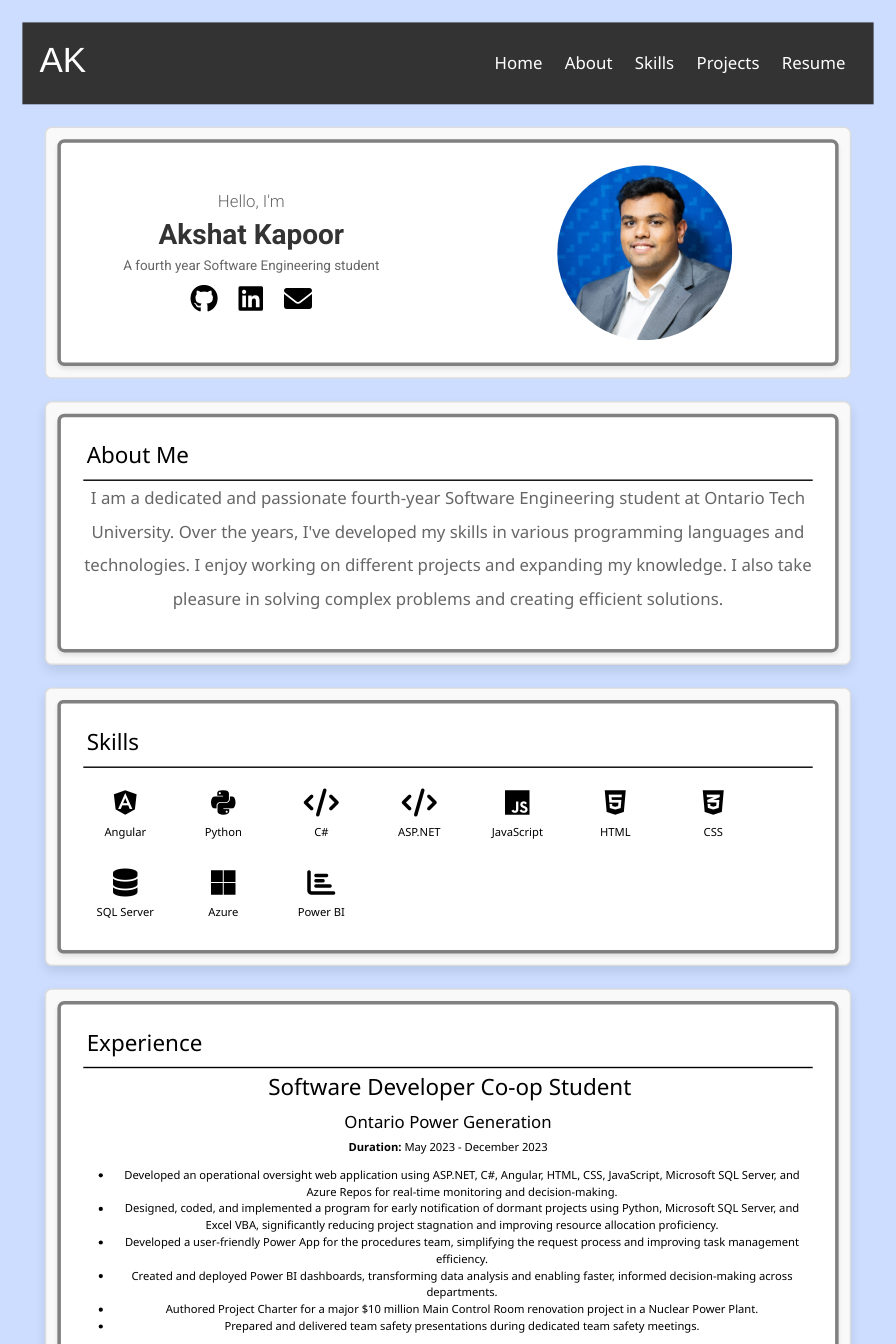
Repository: AkshatKapo/My-Portfolio
Page: /
An editor plug-in stored every save of this project. The page is shown before and after the next save, followed by the edit.
The browser window is 1280 px wide. The pictures show the part of the page from y = 0 to 1920 px (the page is 3289 px tall), at 70% of full size.
The project was rebuilt for these pictures with package versions that can differ from the ones it lists, and the page was loaded fresh each time. Also part of the build but not shown: vite.config.js.

Above is the page before, as saved 2024-06-19 09:11:37.

### index.html
<!DOCTYPE html>
<html lang="en">
  <head>
    <meta charset="UTF-8" />
    <link rel="stylesheet" href="https://cdnjs.cloudflare.com/ajax/libs/font-awesome/6.0.0-beta3/css/all.min.css">
    <link rel="stylesheet" href="https://maxcdn.bootstrapcdn.com/bootstrap/4.5.2/css/bootstrap.min.css">
    <link rel="stylesheet" href="/src/index.css">

    <meta name="viewport" content="width=device-width, initial-scale=1.0" />
    <title>Vite + React</title>
  </head>
  <body>
    <div id="root"></div>
    <script type="module" src="/src/main.jsx"></script>
  </body>
</html>

### src/index.css
body {
  font-family: 'Segoe UI', Tahoma, Geneva, Verdana, sans-serif;
  background-color:#ccddff;
  color:black;
  margin: 0;
  padding: 0;
}


#root {
  display: flex;
  flex-direction: column;
  min-height: 100vh;
}

### src/main.jsx
import React from 'react'
import ReactDOM from 'react-dom/client'
import App from './App'
import './index.css'



ReactDOM.createRoot(document.getElementById('root')).render(
  <React.StrictMode>
    <App />
  </React.StrictMode>,
)

### src/App.jsx
import { useEffect } from 'react';
import './App.css';
import Header from './components/Header';
import Home from './components/Home';
import About from './components/About';
import Experience from './components/Experience'; // Corrected import path
import Projects from './components/projects';
import Contact from './components/Contact';
import Skill from './components/skill'
function App() {
  useEffect(() => {
    function reveal() {
      let reveals = document.querySelectorAll(".reveal");// stores all the elements with class reveal into an array

      for (var i = 0; i < reveals.length; i++) { // iterates through reveals array, takes the each element with class reveals
        let windowHeight = window.innerHeight; // gets the height of the view port
        let elementTop = reveals[i].getBoundingClientRect().top;// gets the postion of the element relative to the view port
        let sectionHeight = reveals[i].offsetHeight;// calculates the hieght of the element
        let elementVisible = windowHeight - elementTop > 0 ? windowHeight - elementTop : 0;// calculates the porton  of the element visible(Dstance between the top of the view port  and bottom of visible part of  the element)
        let visibilityRatio = elementVisible / sectionHeight; // Fraction of the element visible

        if (visibilityRatio > 0.5) {  // if the visibility ratio is greater than half then it will make it visible
          reveals[i].classList.add("active");// add class actve to the element to make it visible
        } else { // if its less than 0.5 than it wll not display it or remove the class
          reveals[i].classList.remove("active");
        }
      }
    }

    window.addEventListener("scroll", reveal);// Add scroll as event listenere because wewe want to dsplay elements as user scrolls down

    // Call reveal initially to check the visibility of elements when the component mounts
    reveal();

    // Cleanup function to remove event listener when component unmounts
    return () => {
      window.removeEventListener("scroll", reveal);
    };
  }, []);


  return (
    <div>
      <Header />
      <Home />
      <About />
      <Skill />
      <Experience />
      <Projects />
      <Contact />

    </div>
  );
}

export default App;

/*
Mount: useEffect runs, reveal function defined and called, scroll event listener added.
Scroll: Each scroll triggers the reveal function to recalculate and update element visibility.
Unmount: Cleanup function removes the scroll event listener.
*/

### src/App.css
#root {
  max-width: 1280px;
  margin: 0 auto;
  padding: 2rem;
  text-align: center;

}
.reveal {
  opacity: 0;
  transform: translateY(100px);
  transition: opacity 0.6s ease-out, transform 0.6s ease-out;
}

.reveal.active {
  opacity: 1;
  transform: translateY(0);
}

### src/components/Header.jsx
import React from 'react'
import './Header.css'

const Header = () => {
  return (
    <header>
      <h1 className='title'>AK</h1>
      <nav>
        <ul>
          <li><a href="#home">Home</a></li>
          <li><a href="#about">About</a></li>
          <li><a href="#skills">Skills</a></li>
          <li><a href="#projects">Projects</a></li>
          <li><a href="/Akshat_Kapoor_Resume.pdf">Resume</a></li>
        </ul>
      </nav>
    </header>
  )
}

export default Header

### src/components/Home.jsx
import React from "react";
import "./Home.css";

const Home = () => {
  return (
    <div className="reveal">
      <section id="home">
        <div className="home-content">
          <div className="text-content">
            <h3>Hello, I'm</h3>
            <h1>Akshat Kapoor</h1>
            <h4>A fourth year Software Engineering student</h4>
            <div className="social-icons">
              <a href="https://github.com/yourusername" target="_blank" rel="noopener noreferrer">
                <i className="fab fa-github"></i>
              </a>
              <a href="https://www.linkedin.com/in/yourusername" target="_blank" rel="noopener noreferrer">
                <i className="fab fa-linkedin"></i>
              </a>
              <a href="mailto:youremail@gmail.com" target="_blank" rel="noopener noreferrer">
                <i className="fas fa-envelope"></i>
              </a>
            </div>
          </div>
          <div id="line1"></div>
          <div className="image-content">
            <img
              src="/assets/images/1666144074188.jpeg"
              alt="Akshat Kapoor"
              className="profile-image"
            />
          </div>
        </div>
      </section>
    </div>
  );
};

export default Home;

### src/components/About.jsx
import React from 'react';
import './About.css';

function About() {
  return (
    <div className='reveal'>
      <section id="about">
        <div id='about-content'>
         <h2>About Me</h2>
         <div className='seperator'>


         </div>
         <p>I am a dedicated and passionate fourth-year Software Engineering student at Ontario Tech University. Over the years, I've developed my skills in various programming languages and technologies. I enjoy working on different projects and expanding my knowledge. I also take pleasure in solving complex problems and creating efficient solutions. </p>
        </div>
      </section>
    </div>
  );
}

export default About;

### src/components/Experience.jsx
import React from 'react'
import './Experience.css'

const Experience = () => {
  return (
    <div className="reveal">
      <section id="experience">
        <div id="experience-content">
          <h2>Experience</h2>
          <div className="divider1"></div>
          <div>
            <h3>Software Developer Co-op Student</h3>
            <h4>Ontario Power Generation</h4>
            <p>
              <strong>Duration:</strong> May 2023 - December 2023
            </p>
            <ul>
              <li>Developed an operational oversight web application using ASP.NET, C#, Angular, HTML, CSS, JavaScript, Microsoft SQL Server, and Azure Repos for real-time monitoring and decision-making.</li>
              <li>Designed, coded, and implemented a program for early notification of dormant projects using Python, Microsoft SQL Server, and Excel VBA, significantly reducing project stagnation and improving resource allocation proficiency.</li>
              <li>Developed a user-friendly Power App for the procedures team, simplifying the request process and improving task management efficiency.</li>
              <li>Created and deployed Power BI dashboards, transforming data analysis and enabling faster, informed decision-making across departments.</li>
              <li>Authored Project Charter for a major $10 million Main Control Room renovation project in a Nuclear Power Plant.</li>
              <li>Prepared and delivered team safety presentations during dedicated team safety meetings.</li>
            </ul>
          </div>
        </div>
      </section>
    </div>
  )
}

export default Experience

### src/components/Contact.jsx
import React from "react";
import "./Contact.css";

const Contact = () => {
  return (
    <div className="reveal">
      <footer id="footer">
        <div className="footer-content">
          <ul className="footer-icons">
            <li>
              <a
                href="https://github.com/yourusername"
                target="_blank"
                rel="noopener noreferrer"
              >
                <i className="fab fa-github"></i>
              </a>
            </li>
            <li>
              <a
                href="https://www.linkedin.com/in/yourusername"
                target="_blank"
                rel="noopener noreferrer"
              >
                <i className="fab fa-linkedin"></i>
              </a>
            </li>
            <li>
              <a
                href="mailto:youremail@gmail.com"
                target="_blank"
                rel="noopener noreferrer"
              >
                <i className="fas fa-envelope"></i>
              </a>
            </li>
          </ul>

        </div>
        <p className="footer-copy">© 2024 Akshat Kapoor</p>
      </footer>
    </div>
  );
};

export default Contact;

### src/components/skill.jsx
import React from 'react'
import './skill.css'

const skills = [
    { name: "Angular", icon: "fab fa-angular" },
    { name: "Python", icon: "fab fa-python" },
    { name: "C#", icon: "fas fa-code" },
    { name: "ASP.NET", icon: "fas fa-code" },
    { name: "JavaScript", icon: "fab fa-js" },
    { name: "HTML", icon: "fab fa-html5" },
    { name: "CSS", icon: "fab fa-css3-alt" },
    { name: "SQL Server", icon: "fas fa-database" },
    { name: "Azure", icon: "fab fa-microsoft" },
    { name: "Power BI", icon: "fas fa-chart-bar" },
  ];

function skill() {
  return (
    <div className="reveal">
      <section id="skills">
        <div className="skills-content">
          <h2>Skills</h2>
          <div className="separator"></div>
          <div className="skills-list">
            {skills.map((skill) => (
              <div className="skill" key={skill.name}>
                <i className={skill.icon}></i>
                <p>{skill.name}</p>
              </div>
            ))}
          </div>
        </div>
      </section>
    </div>
  )
}

export default skill

### src/components/Header.css
header {
  background-color: #333;
  color: white;
  padding: 2%;
  display: flex;
  justify-content: space-between;
  align-items: center;

    /* text-align: center; */
  }
  .title {
    font-family: 'Helvetica', sans-serif;
    font-size: 50px;
    background:white;
    -webkit-background-clip: text;
    color: transparent;
  }


  nav ul {
    list-style-type: none;
    padding: 0;
    margin: 0;
    display: flex;
  }

  nav ul li {
    margin: 0 1rem;
  }

  nav ul li a {
    color: white;
    text-decoration: none;
    font-size: 150%;
  }

### src/components/Home.css
 @import url('https://fonts.googleapis.com/css2?family=Roboto:wght@300;400;700&display=swap');

#home {
  padding: 1rem;
  display: flex;
  justify-content: center;
  align-items: center;
  background-color: #f9f9f9;
  border: 2px solid #ddd; /* Light border */
  border-radius: 10px; /* Rounded corners */
  margin: 2rem; /* Margin to ensure it doesn’t touch the edges of the container */
}

.home-content {
  display: flex;
  align-items: center;
  width: 100%;
  max-width: 1200px; /* Adjust the max-width as needed */
  background: #fff; /* Background for the content */
  padding: 2rem; /* Padding around the content */
  box-shadow: 0 4px 8px rgba(0, 0, 0, 0.1); /* Shadow for styling */
  border-radius: 10px; /* Rounded corners */
  border: 5px solid grey;

}

#line1 {
  border-left: 2px solid black;
  height: auto; /* Set to auto to match the height of the content */
  margin: 0 2rem; /* Adjust as needed to create space around the line */
}
.text-content {
  flex: 1;
  padding-right: 1rem;
  font-family: 'Roboto', sans-serif;
}

.text-content h2 {
  font-size: 2.5rem; /* Adjust the font size as needed */
  font-weight: 900;
  color: #333;
  margin-bottom: 1rem;
}
.text-content h3 {
  font-size: 1.5rem; /* Adjust the font size as needed */
  font-weight: 300;
  color: #666;
  margin-bottom: 0.5rem;
}

.text-content h1 {
  font-size: 2.5rem; /* Adjust the font size as needed */
  font-weight: 700;
  color: #333;
  margin-bottom: 0.5rem;
}
.text-content h4 {
  font-size: 1.2rem; /* Adjust the font size as needed */
  font-weight: 400;
  color: #666;
  margin-bottom: 1rem;
}


.text-content p {
  font-size: 1rem; /* Adjust the font size as needed */
  line-height: 1.6; /* Adjust the line height as needed */
  color: #666;
  font-weight: 300;
}

.image-content {
  flex: 1;
  display: flex;
  justify-content: center;
}

.profile-image {
  width: 250px;
  height: 250px;
  border-radius: 50%;
  object-fit: cover;
}

.social-icons {
  display: flex;
  gap: 30px; /* Adjust the spacing between icons */
  justify-content: center;
}

.social-icons a {
  color: #000; /* Change the color if needed */
  text-decoration: none;
}

.social-icons .icon {
  width: 40px; /* Adjust the size of the icons */
  height: 40px; /* Adjust the size of the icons */
}

.social-icons i {
  font-size: 40px; /* Adjust the size of the font-awesome icons */
}

/* Add hover effect if desired */
.social-icons a:hover {
  opacity: 0.7; /* Example hover effect */
}

### src/components/About.css

#about {
  padding: 1rem;
  display: flex;
  background-color: #f9f9f9;
  border: 2px solid #ddd; /* Light border */
  border-radius: 10px; /* Rounded corners */
  box-shadow: 0 8px 16px rgba(0, 0, 0, 0.1); /* Shadow for depth */
  margin: 2rem; /* Margin to ensure it doesn’t touch the edges of the container */



}
#about-content {
  display: table-column;
  justify-content: space-between;
  width: 100%;
  max-width: 1200px; /* Adjust the max-width as needed */
  background: #fff; /* Background for the content */
  padding: 2rem; /* Padding around the content */
  box-shadow: 0 4px 8px rgba(0, 0, 0, 0.1); /* Shadow for styling */
  border-radius: 10px; /* Rounded corners */
  border: 5px solid grey

}


#about h2 {
  font-size: 2rem;
  text-align: left; /* This will align the heading to the left */
  margin-bottom: 1rem; /* Adding some space between the heading and the paragraph */
  margin-top: 0.2rem;
  margin-left: 0.3rem;


}
.seperator {
  border-top: 2px solid black;
  width: 100%; /* Adjust as needed */
  margin: 20px 3; /* Adjust as needed */
}

#about p {
  font-size: 1.5rem; /* Adjust the font size as needed */
  line-height: 2; /* Adjust the line height as needed */
  color: #666;
  font-weight: 300;
  }

### src/components/Experience.css
#experience {
  padding: 1rem;
  display: flex;
  background-color: #f9f9f9;
  border: 2px solid #ddd; /* Light border */
  border-radius: 10px; /* Rounded corners */
  box-shadow: 0 8px 16px rgba(0, 0, 0, 0.1); /* Shadow for depth */
  margin: 2rem; /* Margin to ensure it doesn’t touch the edges of the container */
  }
  #experience-content{
    display: table-column;
    justify-content: space-between;
    width: 100%;
    max-width: 1200px; /* Adjust the max-width as needed */
    background: #fff; /* Background for the content */
    padding: 2rem; /* Padding around the content */
    box-shadow: 0 4px 8px rgba(0, 0, 0, 0.1); /* Shadow for styling */
    border-radius: 10px; /* Rounded corners */
    border: 5px solid grey;
  }
  #experience h2 {
    font-size: 2rem;
    text-align: left; /* This will align the heading to the left */
    margin-bottom: 1rem; /* Adding some space between the heading and the paragraph */
    margin-top: 0.2rem;
    margin-left: 0.3rem;

  }
  .divider1 {
    border-top: 2px solid black;
    width: 100%; /* Adjust as needed */
    margin: 20px 3; /* Adjust as needed */
  }
  #experience h3 {
    font-size: 2rem;
    text-align: center;
    margin-bottom: 1rem; /* Adding some space between the heading and the paragraph */
    margin-top: 0.5rem;
    margin-left: 0.3rem;

  }
  .experience-content ul {
    list-style-type: disc; /* or another type of bullet, like circle or square */
    margin-left: 20px;
  }

  .experience-content li {
    margin-bottom: 10px;
  }

### src/components/projects.css
#projects {
  padding: 1rem;
  background-color: #f9f9f9;
  border: 2px solid #ddd; /* Light border */
  border-radius: 8px; /* Rounded corners */
  box-shadow: 0 8px 16px rgba(0, 0, 0, 0.1); /* Shadow for depth */
  margin: 1rem; /* Margin to ensure it doesn’t touch the edges of the container */
}

.project-list {
  display: flex;
  flex-direction: column;
  gap: 1rem; /* Space between rows */
  align-items: stretch;

}

.project-list h2 {
  font-size: 2rem;
  text-align: left; /* Align heading to the left */
  margin: 0.9rem 0 1rem 0.8rem; /* Consistent spacing around heading */
}

.project-row {
  display: flex;
  justify-content: space-between; /* Allow wrapping for responsive design */
  width: 100%; /* Space between projects */
  gap: 2rem;
  align-items: stretch;
}

.project {
  flex: 5 ; /* Flex basis to allow two projects per row with a gap */
  text-align: center;
  padding: 1rem; /* Consistent padding */
  padding-bottom: 0;
  background-color: #fff;
  border: 3px solid grey;
  box-shadow: 0 9px 8px rgba(0, 0, 0, 0.1); /* Shadow for styling */
  border-radius: 8px; /* Rounded corners */
  margin: 0.5rem 0; /* Margin for spacing between rows */
}

.project img {
  justify-content: center;
  max-width: 100%;
  max-height: 200px;
  border-radius: 15px;
  margin-bottom: 25px;
  border-color:50px solid aquamarine;
}

.project h3 {
  font-size: 1.6rem;
  font-weight: bolder;
  margin-bottom: 0.5rem; /* Space between title and paragraph */
  margin-top: 0;
}

.project p {
  font-size: 1rem;
  font-style: italic;
  color: black;
}

.Projectbutton, .Projectbutton2 {
  display: inline-block;
  padding: 1rem 2rem; /* Adjusted padding for better appearance */
  font-size: 1rem; /* Set font size */
  font-weight: bold; /* Make font bold */
  text-align: center; /* Center the text */
  background: linear-gradient(135deg, #6e8efb, #a777e3); /* Add gradient background */
  color: white; /* Change text color to white */
  text-decoration: none; /* Remove underline */
  border: none; /* Remove border */
  border-radius: 25px; /* More rounded corners */
  box-shadow: 0 4px 15px rgba(0, 0, 0, 0.2); /* Add shadow */
  transition: background 0.3s, transform 0.3s; /* Smooth transitions */
  cursor: pointer; /* Change cursor to pointer */
  margin: 0.5rem; /* Add a small margin for better spacing */
}

.Projectbutton:hover, .Projectbutton2:hover {
  background: linear-gradient(135deg, #a777e3, #6e8efb); /* Reverse gradient on hover */
  transform: translateY(-2px); /* Slight lift on hover */
  box-shadow: 0 6px 20px rgba(0, 0, 0, 0.3); /* Increase shadow on hover */
}
.seperator {
  border-top: 2px solid black;
  width: 100%; /* Adjust as needed */
  margin: 20px 3; /* Adjust as needed */
}

/* Responsive Design */
@media (max-width: 768px) {
  .project-row {
    flex-direction: column; /* Stack projects vertically on smaller screens */
  }

  .Projectbutton2 {
    margin-left: 0; /* Reset margin on smaller screens */
  }
}

### src/components/Contact.css
#footer {
  background-color: #333;
  padding: 1rem 0;
  text-align: center;
  color: white;
}

.footer-content {
  display: flex;
  justify-content: center;
  align-items: center;
  margin-bottom: 1rem;
}

.footer-icons {
  list-style: none;
  padding: 0;
  margin: 0;
  text-align: center;
}

.footer-icons li {
  display: inline-block;
  margin: 0 20px; /* Increased margin for more gap between icons */
}

.footer-icons li a {
  color: grey; /* Change color as needed */
  font-size: 40px; /* Adjust size as needed */
  text-decoration: none;
}

.footer-icons li a:hover {
  color: #007bff; /* Change color on hover as needed */
}
.footer-copy {
  margin-top: 1rem;
  font-size: 16px;
  color: #aaa;
}

### src/components/skill.css
#skills {
  padding: 1rem;
  display: flex;
  background-color: #f9f9f9;
  border: 2px solid #ddd; /* Light border */
  border-radius: 10px; /* Rounded corners */
  box-shadow: 0 8px 16px rgba(0, 0, 0, 0.1); /* Shadow for depth */
  margin: 2rem; /* Margin to ensure it doesn’t touch the edges of the container */
}

.skills-content {
  display: table-column;
  justify-content: space-between;
  width: 100%;
  max-width: 1200px; /* Adjust the max-width as needed */
  background: #fff; /* Background for the content */
  padding: 2rem; /* Padding around the content */
  box-shadow: 0 4px 8px rgba(0, 0, 0, 0.1); /* Shadow for styling */
  border-radius: 8px; /* Rounded corners */
  border: 5px solid grey
}

.skills-list {
  display: flex;
  flex-wrap: wrap;
  gap: 20px;
  align-items: center;
}

#skills h2 {
  font-size: 2rem;
  text-align: left; /* This will align the heading to the left */
  margin-bottom: 1rem; /* Adding some space between the heading and the paragraph */
  margin-top: 0.2rem;
  margin-left: 0.3rem;
}

.skill {
  display: flex;
  flex-direction: column;
  align-items: center;
  width: 100px;
  margin: 10px;
}

.skill i {
  font-size: 40px;
  margin-bottom: 10px;
}

.skill p {
  font-size: 16px;
  margin: 0;
}

.separator {
  height: 2px;
  width: 100%; /* Set to 100% to fill the parent container */
  background-color: #000;
  margin: 10px auto 20px;
}

Loaded but not shown: src/components/projects.jsx (79 lines, source omitted)

After the next save:
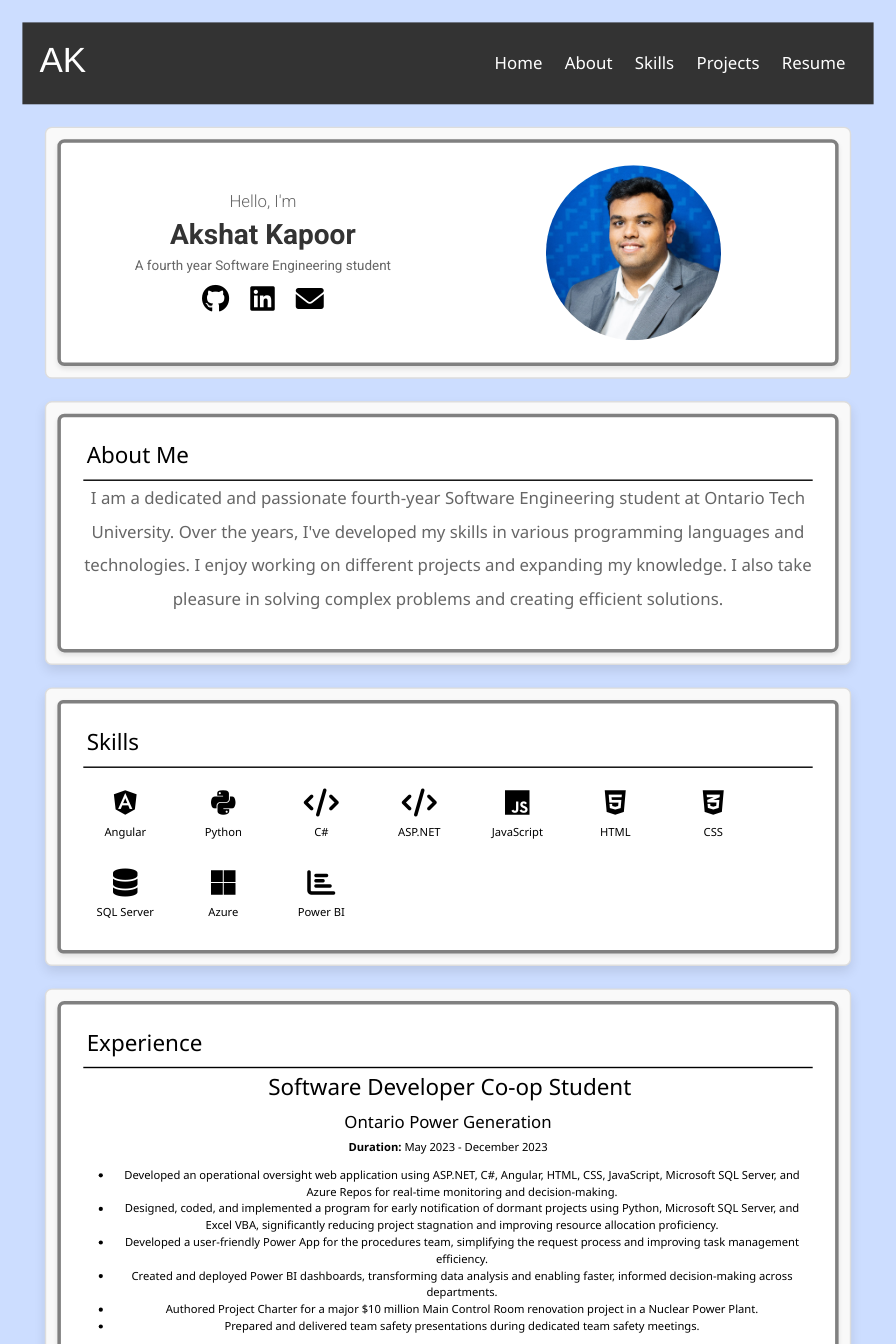
Saved 43 s later.
--- a/src/components/Home.css
+++ b/src/components/Home.css
@@ -23,12 +23,12 @@
   border: 5px solid grey;
 
 }
+.separator {
+  width: 1px;
+  background-color: #333;
+  height: 250px; /* Adjust the height as needed */
+}
 
-#line1 {
-  border-left: 2px solid black;
-  height: auto; /* Set to auto to match the height of the content */
-  margin: 0 2rem; /* Adjust as needed to create space around the line */
-}
 .text-content {
   flex: 1;
   padding-right: 1rem;
